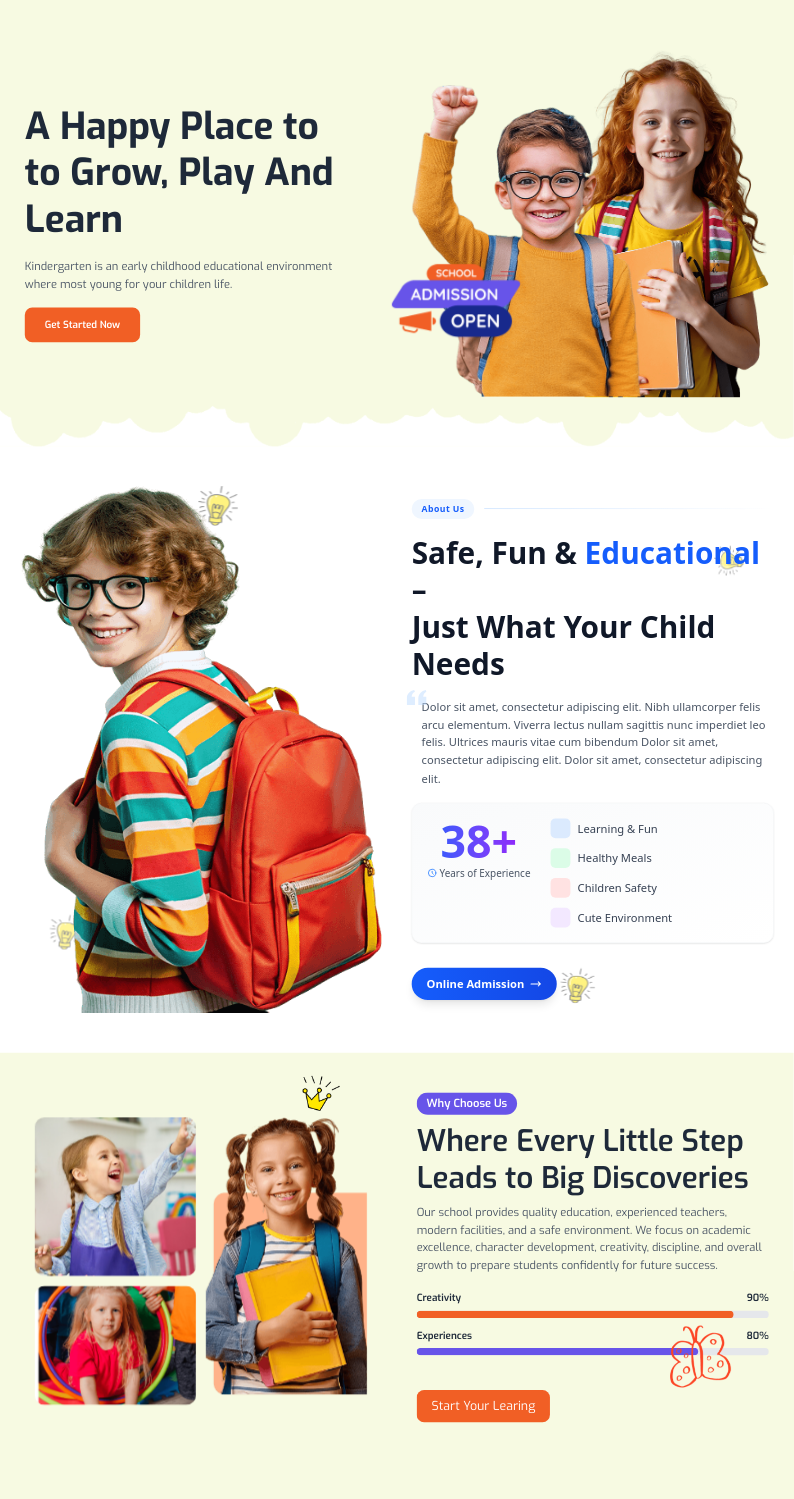
Repository: deepak445566/school
Page: / (app in okwork/)
The author's editor kept a copy of each file at every save. The page is drawn from the files as they stood at one save, then again after the next save.
The browser window is 1280 px wide. The pictures show the whole page, at 62% of full size.
Some web fonts or font styles are not loaded; a fallback is used. The project was rebuilt for these pictures with package versions that can differ from the ones it lists, and the page was loaded fresh each time. Some packages were replaced by stand-ins written for this rebuild. Also part of the build but not shown: okwork/vite.config.js.

Above is the page before, as saved 2026-02-18 19:13:45.

After the next save:
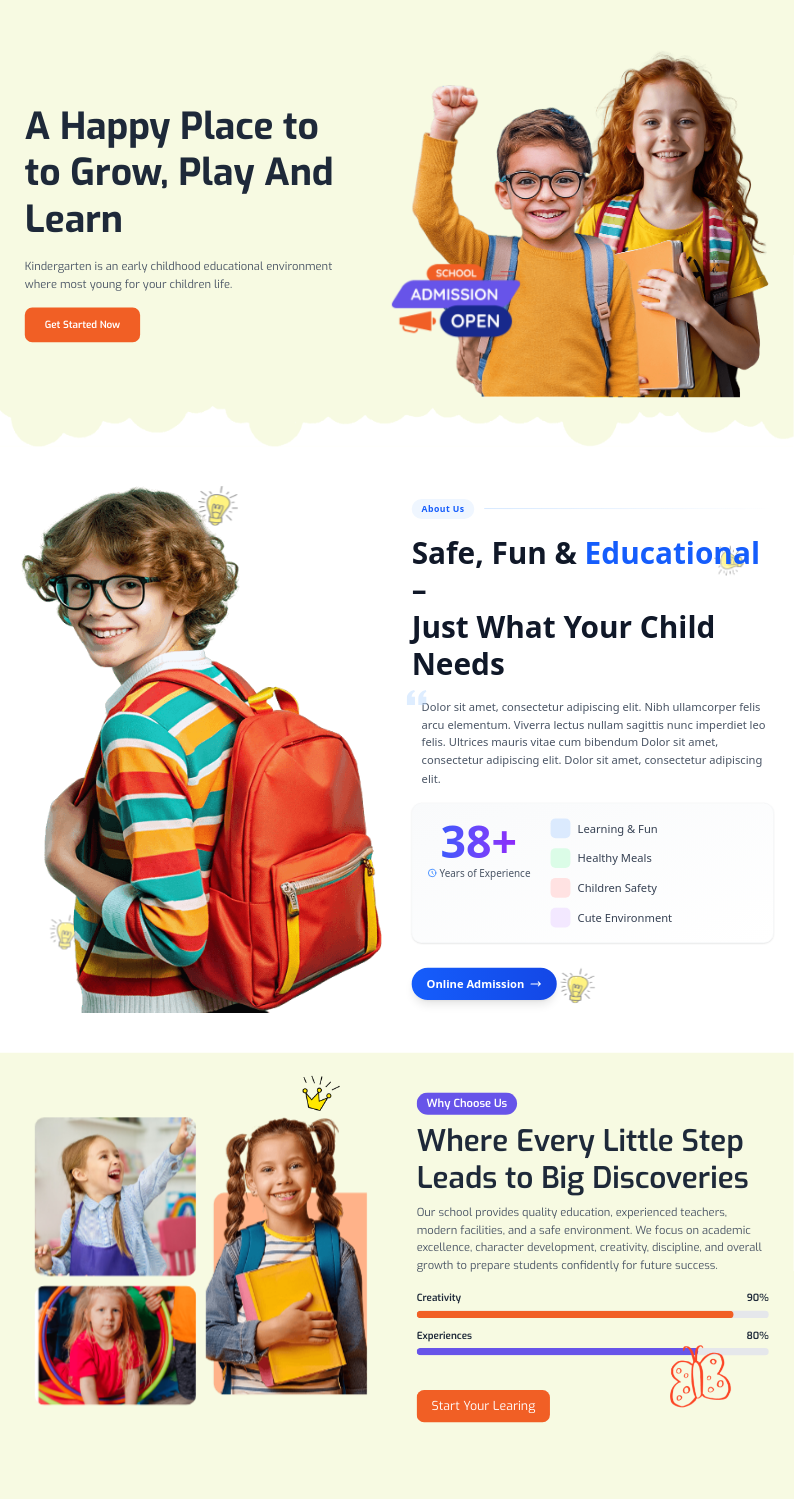
Saved 5 s later.
--- a/okwork/src/components/WhyChooseUs.jsx
+++ b/okwork/src/components/WhyChooseUs.jsx
@@ -110,7 +110,7 @@ const WhyChooseUs = () => {
               <img
                 src="/images/butarfly.png"
                 alt="Decorative element"
-                className="absolute bottom-4 -right-5 lg:right-7  z-20 w-13 h-13 md:w-25 md:h-25 object-contain -translate-x-4 -translate-y-4 animate-bounce-slow "
+                className="absolute -bottom-4 -right-5 lg:right-7  z-20 w-13 h-13 md:w-25 md:h-25 object-contain -translate-x-4 -translate-y-4 animate-bounce-slow "
               />
             </div>
           </div>
